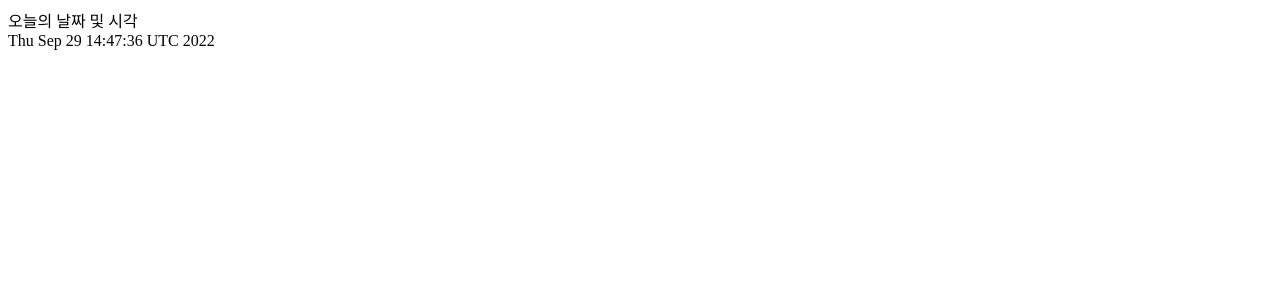
Repository: peanutBana/jsp_project
Page: http://localhost/JSPBook/ch05/out02.jsp
The author's editor kept a copy of each file at every save. The page is drawn from the files as they stood at one save, then again after the next save.
The browser window is 1280 px wide. The pictures show the whole page.
The page is served by Tomcat 9.

Above is the page before, as saved 2022-10-04 13:20:27.

After the next save:
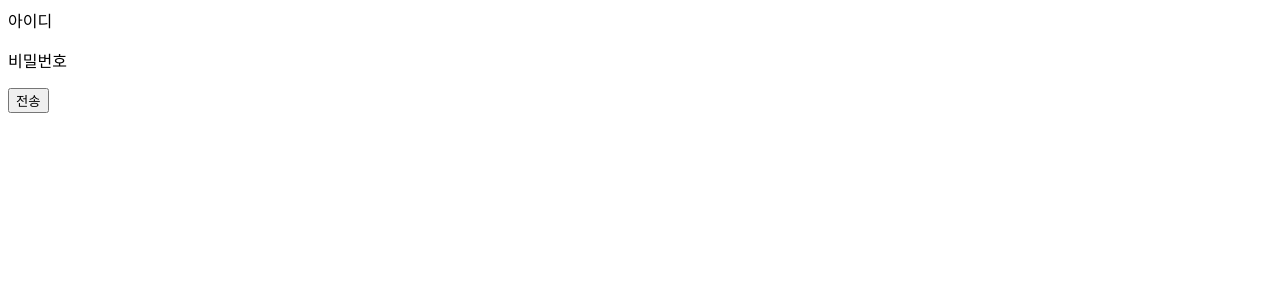
Saved 110 s later.
--- a/JSPBook/src/main/webapp/ch05/out02.jsp
+++ b/JSPBook/src/main/webapp/ch05/out02.jsp
@@ -4,10 +4,11 @@
 <title>Implicit Objects</title>
 </head>
 <body>
-	<%
-		out.println("오늘의 날짜 및 시각 " + "<br>");
-		out.println(java.util.Calendar.getInstance().getTime());
-	%>
+	<form action="out02_process.jsp" method="post">
+		<p>아이디
+		<p>비밀번호
+		<p><input type="submit" value="전송">
+	</form>
 
 
 </body>
